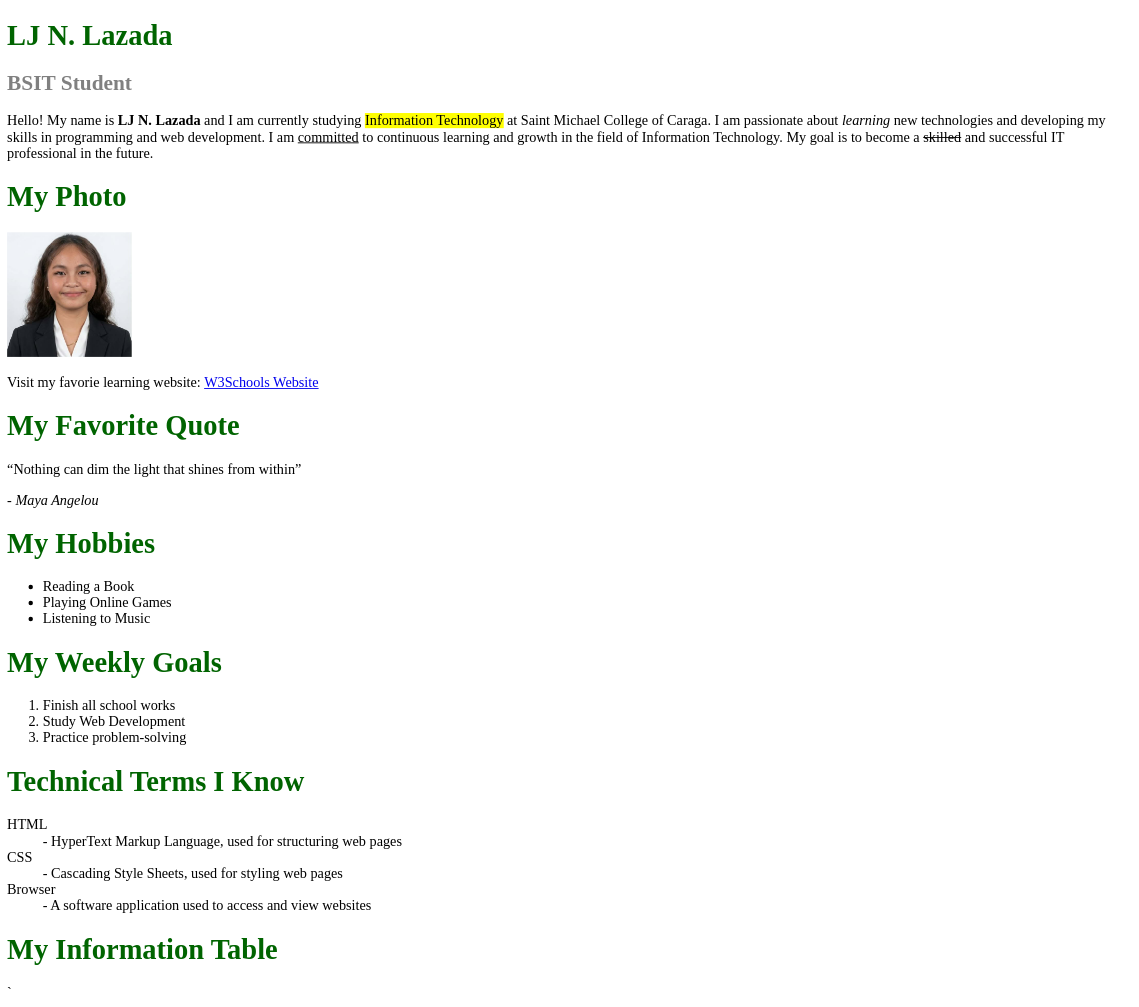
Repository: ljlazada11/myfirsthtml
Page: index.html
These files come from the project's save history. The page is drawn as it stood at one moment and after the next save; the edit follows.
The browser window is 1280 px wide. The pictures show the whole page, at 89% of full size.

Above is the page before, as saved 2026-06-24 20:24:45.

### index.html
<!DOCTYPE html>
<html lang="en">
<head>
    <meta charset="UTF-8">
    <meta name="viewport" content="width=device-width, initial-scale=1.0">
    <title>My Personal Web Profile</title>
    <link rel="icon" type="image/x-icon" href="images.png">

</head>
<body>
    <h1 style="color:darkgreen;">LJ N. Lazada</h1>
    <h2 style="color:gray;">BSIT Student</h2>
    <p>Hello! My name is <strong>LJ N. Lazada</strong> and I am currently studying <mark>Information Technology</mark> at Saint Michael College of Caraga. I am passionate about <i>learning</i> new technologies and developing my skills in programming and web development. I am <ins>committed</ins> to continuous learning and growth in the field of Information Technology. My goal is to become a <del>skilled</del> and successful IT professional in the future.</p>
</body>
    <h1 style="color:darkgreen;">My Photo</h1>
    <img src="pic.jpg" alt="My	Profile	Picture" width="140" height="140">
    <p> Visit my favorie learning website: <a href="https://www.w3schools.com/html/default.asp" target="_blank">W3Schools	Website</a></p>

<body>
    <h1 style="color:darkgreen;">My Favorite Quote</h1>
    <p><q>Nothing can dim the light that shines from within</q></p>
    <p><cite>- Maya Angelou</cite></p>
</body>
    <h1 style="color:darkgreen">My Hobbies</h1>
    <ul>
        <li>Reading a Book</li>
        <li>Playing Online Games</li>
        <li>Listening to Music</li>
    </ul>
</body>
    <h1 style="color:darkgreen">My Weekly Goals</h1>
    <ol>
        <li>Finish all school works</li>
        <li>Study Web Development</li>
        <li>Practice problem-solving</li>
    </ol>
<body>
    <h1 style="color:darkgreen">Technical Terms I Know</h1>
    <dl>
        <dt>HTML</dt>
        <dd>- HyperText Markup Language, used for structuring web pages</dd>
        <dt>CSS</dt>
        <dd>- Cascading Style Sheets, used for styling web pages</dd>
        <dt>Browser</dt>
        <dd>- A software application used to access and view websites</dd>
    </dl>
</body>
    <h1 style="color:darkgreen">My Information Table</h1>`


</html>

After the next save:
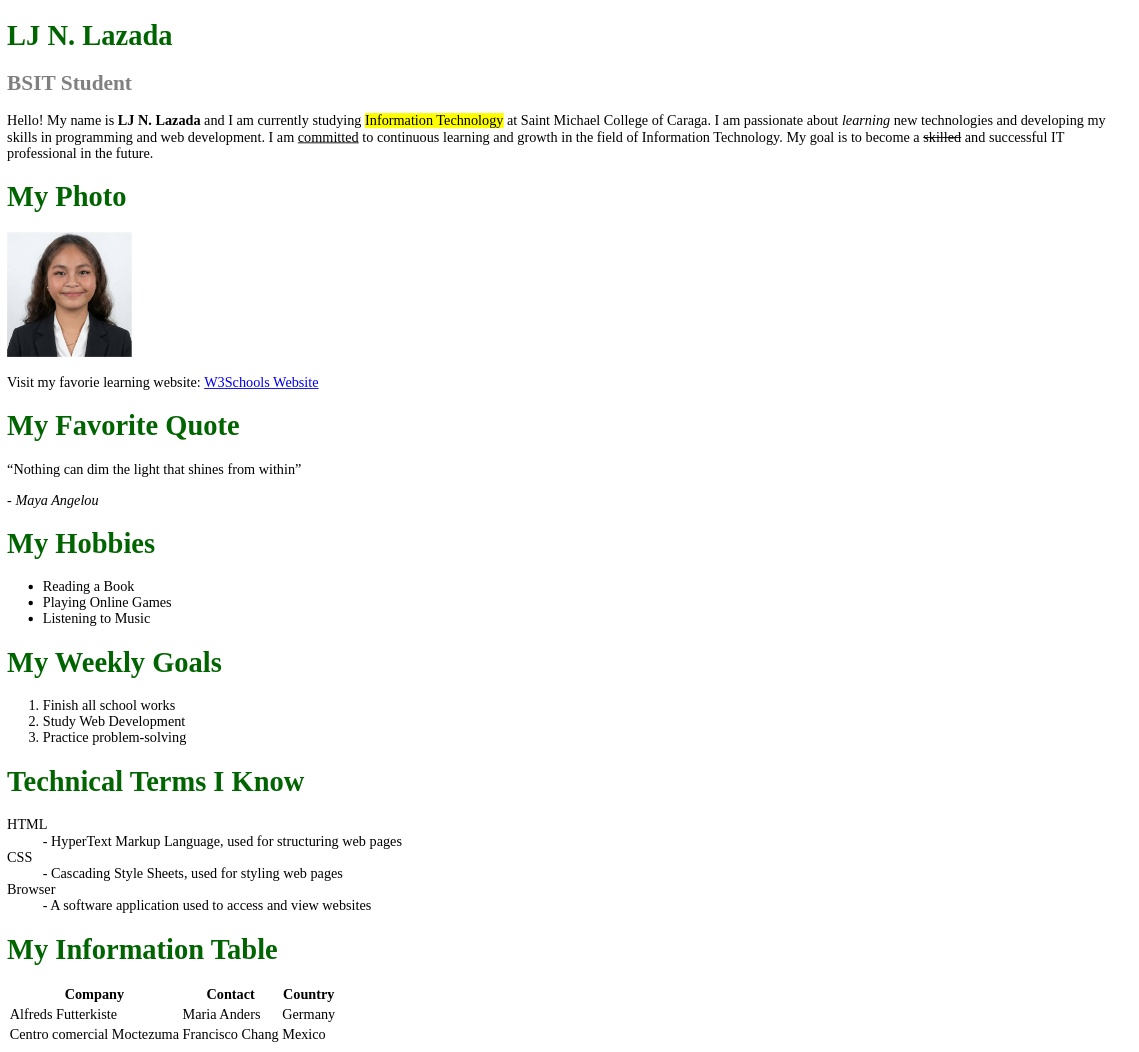
Saved 94 s later.
--- a/index.html
+++ b/index.html
@@ -45,7 +45,24 @@
         <dd>- A software application used to access and view websites</dd>
     </dl>
 </body>
-    <h1 style="color:darkgreen">My Information Table</h1>`
+    <h1 style="color:darkgreen">My Information Table</h1>
+    <table>
+  <tr>
+    <th>Company</th>
+    <th>Contact</th>
+    <th>Country</th>
+  </tr>
+  <tr>
+    <td>Alfreds Futterkiste</td>
+    <td>Maria Anders</td>
+    <td>Germany</td>
+  </tr>
+  <tr>
+    <td>Centro comercial Moctezuma</td>
+    <td>Francisco Chang</td>
+    <td>Mexico</td>
+  </tr>
+</table>
 
 
 </html>
